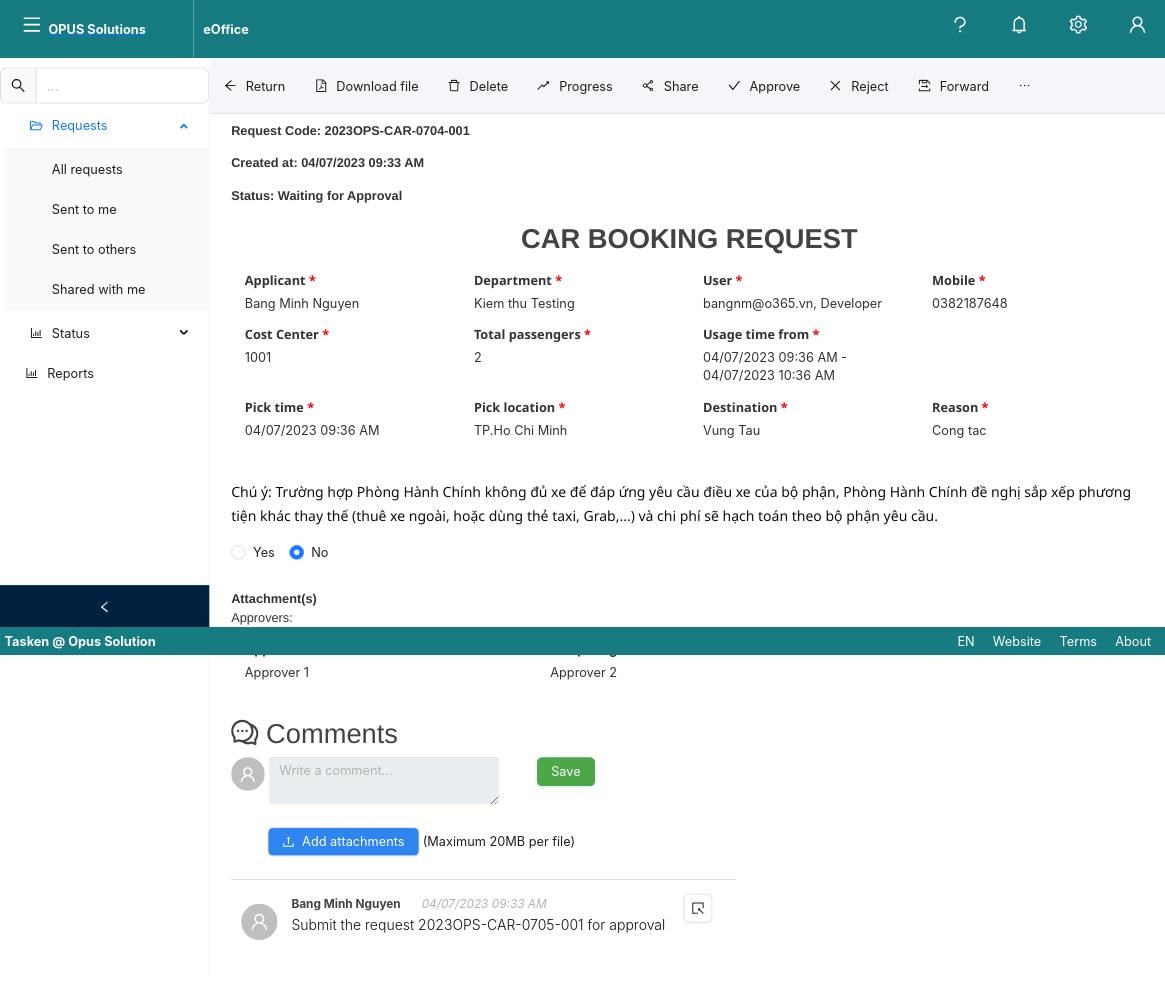
Repository: vannam272008/car-booking
Page: /request/detail
The author's editor kept a copy of each file at every save. The page is drawn from the files as they stood at one save, then again after the next save.
The browser window is 1280 px wide. The pictures show the whole page, at 91% of full size.
The project was rebuilt for these pictures with package versions that can differ from the ones it lists, and the page was loaded fresh each time. Also part of the build but not shown: src/Pages/ManageRequest/index.css, src/Pages/ManageRequest/ManageRequest.tsx, src/Components/AddRequest/MenuAdd/index.tsx, src/Components/AddRequest/AddRequest/addRequest.css, src/Components/AddRequest/AddRequest/index.tsx. Imported but missing from the stored project, and not drawn on this page: src/Pages/Home.

Above is the page before, as saved 2023-07-09 21:17:51.

After the next save:
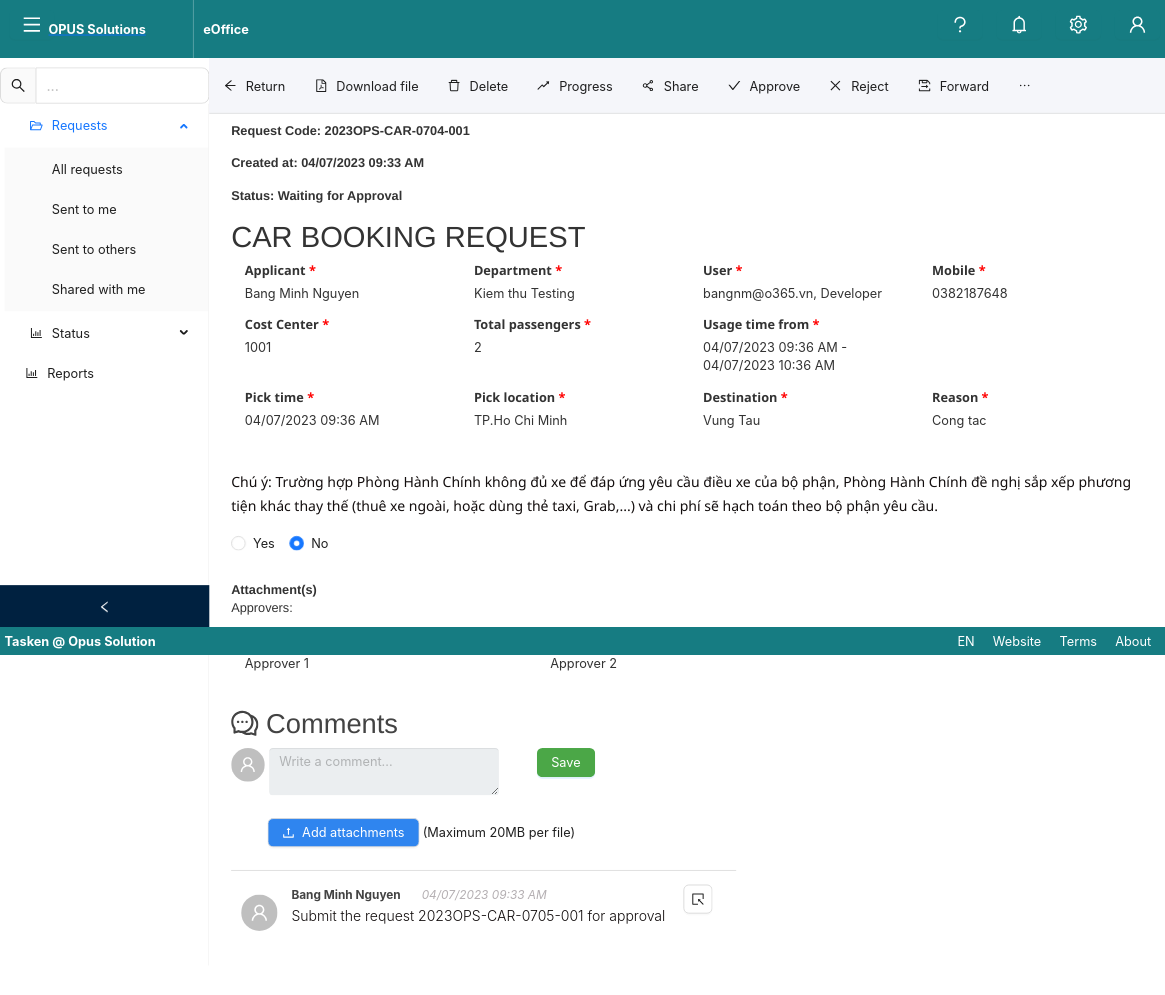
Saved 7 s later.
--- a/src/Components/DetailRequest/DetailRequest/detailRequest.tsx
+++ b/src/Components/DetailRequest/DetailRequest/detailRequest.tsx
@@ -52,7 +52,7 @@ function DetailRequest(): JSX.Element {
                             <p>Status: {status}</p>
                         </div>
                         <div className='main-detail-request'>
-                            <h2 className='title-request'>CAR BOOKING REQUEST</h2>
+                            <h2 className='title-detail-request'>CAR BOOKING REQUEST</h2>
                             <div className='table-content'>
                                 <Row className='row-request'>
                                     <Col span={6} className='col-request'>

After the save that followed:
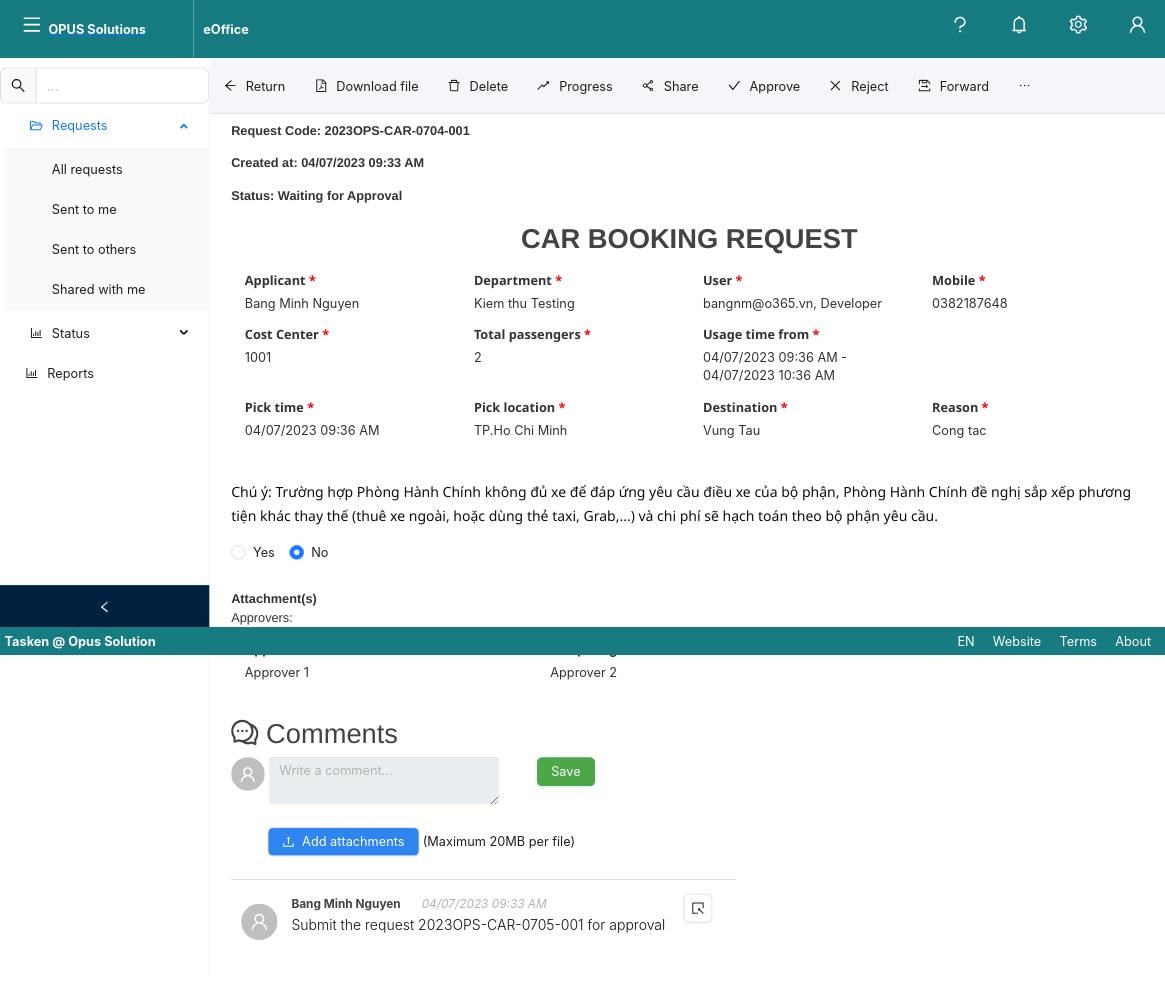
Saved 43 s later.
--- a/src/Components/DetailRequest/DetailRequest/detailRequest.css
+++ b/src/Components/DetailRequest/DetailRequest/detailRequest.css
@@ -14,29 +14,19 @@
     color: #333;
     background-color: #fff;
   }
+
   .info-detail-request{
     margin-top: 85px;
     margin-right: -20px;
     padding-right: 15px;
   }
+
   .info-basic-detail-request p{
     width: 100%;
     font-weight: 700;
   }
-  /* .table-request > p{
-    font-size: 1.1em;
-    font-weight: 300;
-    line-height: 1.7em;
-    color: #130e0e;
-    margin: 0 0 10px;
-    display: block;
-    margin-block-start: 1em;
-    margin-block-end: 1em;
-    margin-inline-start: 0px;
-    margin-inline-end: 0px;
-  } */
 
-  .title-request{
+  .title-detail-request{
     color: #434343;
     text-align: center;
     font-size: 30px;
